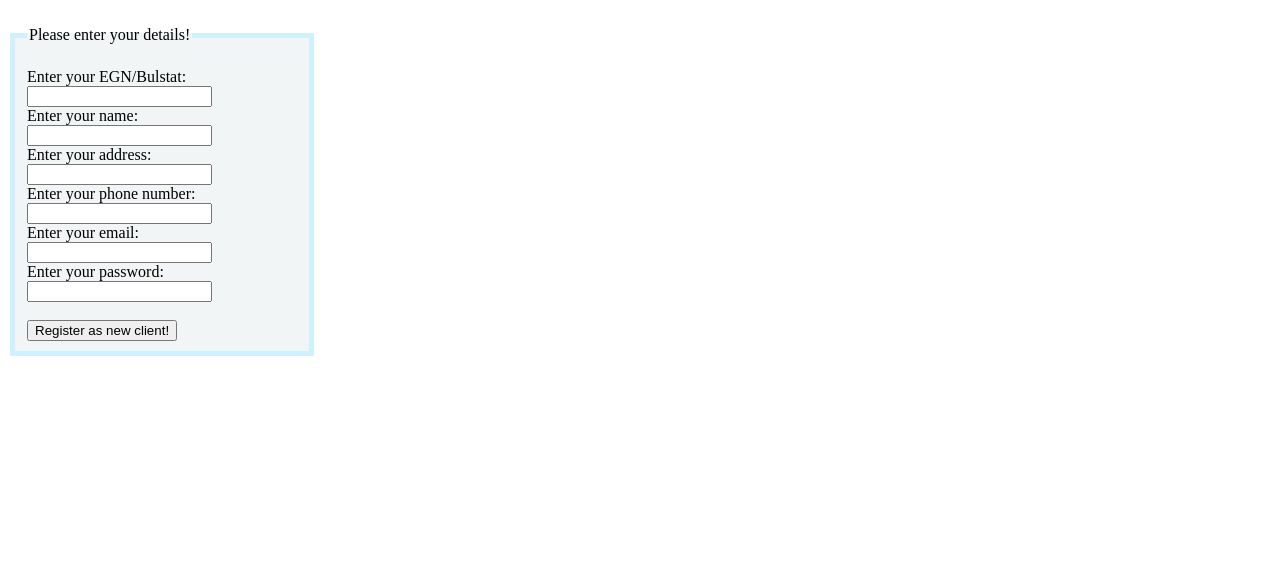
Repository: A-Mitev/E-Banking_Team_Project
Page: http://localhost/FiBank/WEB-INF/views/jsp/Register.jsp
The author's editor kept a copy of each file at every save. The page is drawn from the files as they stood at one save, then again after the next save.
The browser window is 1280 px wide. The pictures show the whole page.
The page is served by Tomcat 9. Nobody is signed in. Other server files are loaded and not shown. The template is opened directly, without the code that normally fills it, so the values that code supplies are empty.

Above is the page before, as saved 2016-04-07 07:57:28.

### FiBank/src/main/webapp/WEB-INF/views/jsp/Register.jsp
<%@page import="javax.servlet.descriptor.TaglibDescriptor"%>
<%@ page language="java" contentType="text/html; charset=UTF-8"
	pageEncoding="UTF-8"%>
<%@ taglib prefix="springForm" uri="http://www.springframework.org/tags/form" %>
<!DOCTYPE html PUBLIC "-//W3C//DTD HTML 4.01 Transitional//EN" "http://www.w3.org/TR/html4/loose.dtd">
<html>
<head>
<style>
fieldset{
width:270px;
border: 5px solid #cef1ff;
background: #f1f5f6
}
.error {
    color: #ff0000;
    font-style: italic;
    font-weight: bold;
}

password input[type=text] {
    width: 100%;
    padding: 12px 20px;
    margin: 8px 0;
    box-sizing: border-box;
}
</style>
<meta http-equiv="Content-Type" content="text/html; charset=UTF-8">
<title>Register Page</title>
</head>
<body>
	 ${text}
	<br />
	<springForm:form method="post" commandName="user" >
	<fieldset>
		<legend>Please enter your details!</legend>
		<br/>
		<label>Enter your EGN/Bulstat:</label>
		<springForm:input type="text" path="id" />
		<springForm:errors path="id" cssClass="error" />
		<br />
		<label>Enter your name:</label>
		<springForm:input type="text" path="name" />
		<springForm:errors path="name" cssClass="error" />
		<br />
		<label>Enter your address:</label>
		<springForm:input type="text" path="address" />
		<springForm:errors path="address" cssClass="error" />
		<br />
		<label>Enter your phone number:</label>
		<springForm:input type="text" path="phone" />
		<springForm:errors path="phone" cssClass="error" />
		<br />
		<label>Enter your email:</label>
		<springForm:input type="text" path="email" />
		<springForm:errors path="email" cssClass="error" />
		<br />
		<label>Enter your password:</label>
		<springForm:password path="password" />
		<springForm:errors path="password" cssClass="error" />
		<br />
		<br />
		<input type="submit" value="Register as new client!" />
		</fieldset>
	</springForm:form>
</body>
</html>

After the next save:
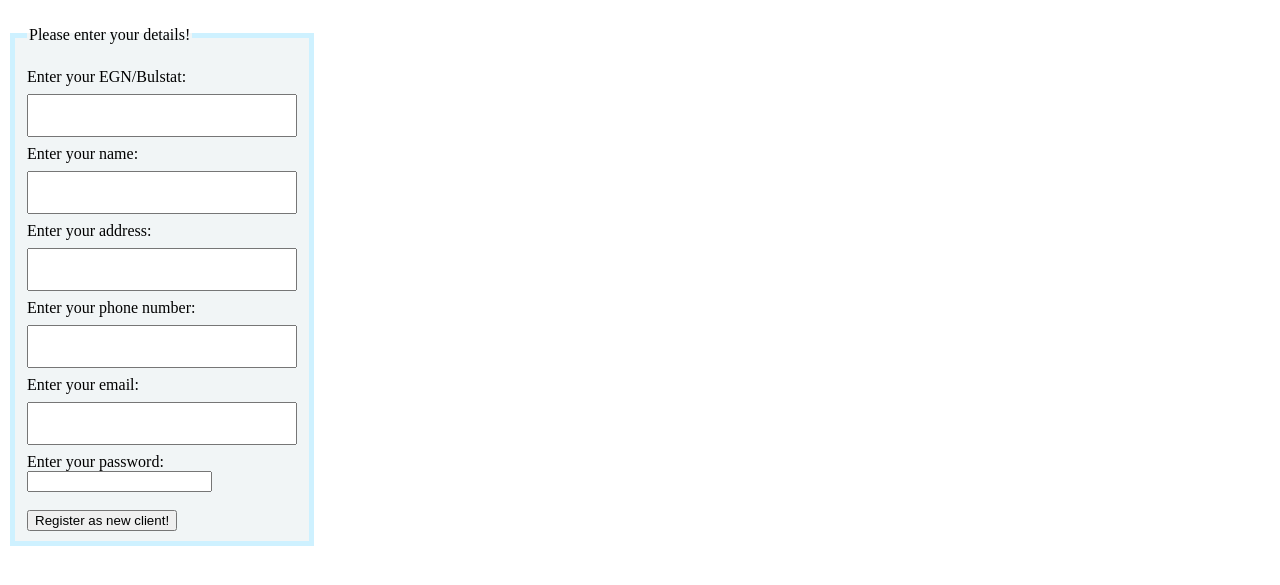
Saved 43 s later.
--- a/FiBank/src/main/webapp/WEB-INF/views/jsp/Register.jsp
+++ b/FiBank/src/main/webapp/WEB-INF/views/jsp/Register.jsp
@@ -17,7 +17,14 @@ background: #f1f5f6
     font-weight: bold;
 }
 
-password input[type=text] {
+password [type=text] {
+    width: 100%;
+    padding: 12px 20px;
+    margin: 8px 0;
+    box-sizing: border-box;
+}
+
+input[type=text] {
     width: 100%;
     padding: 12px 20px;
     margin: 8px 0;
